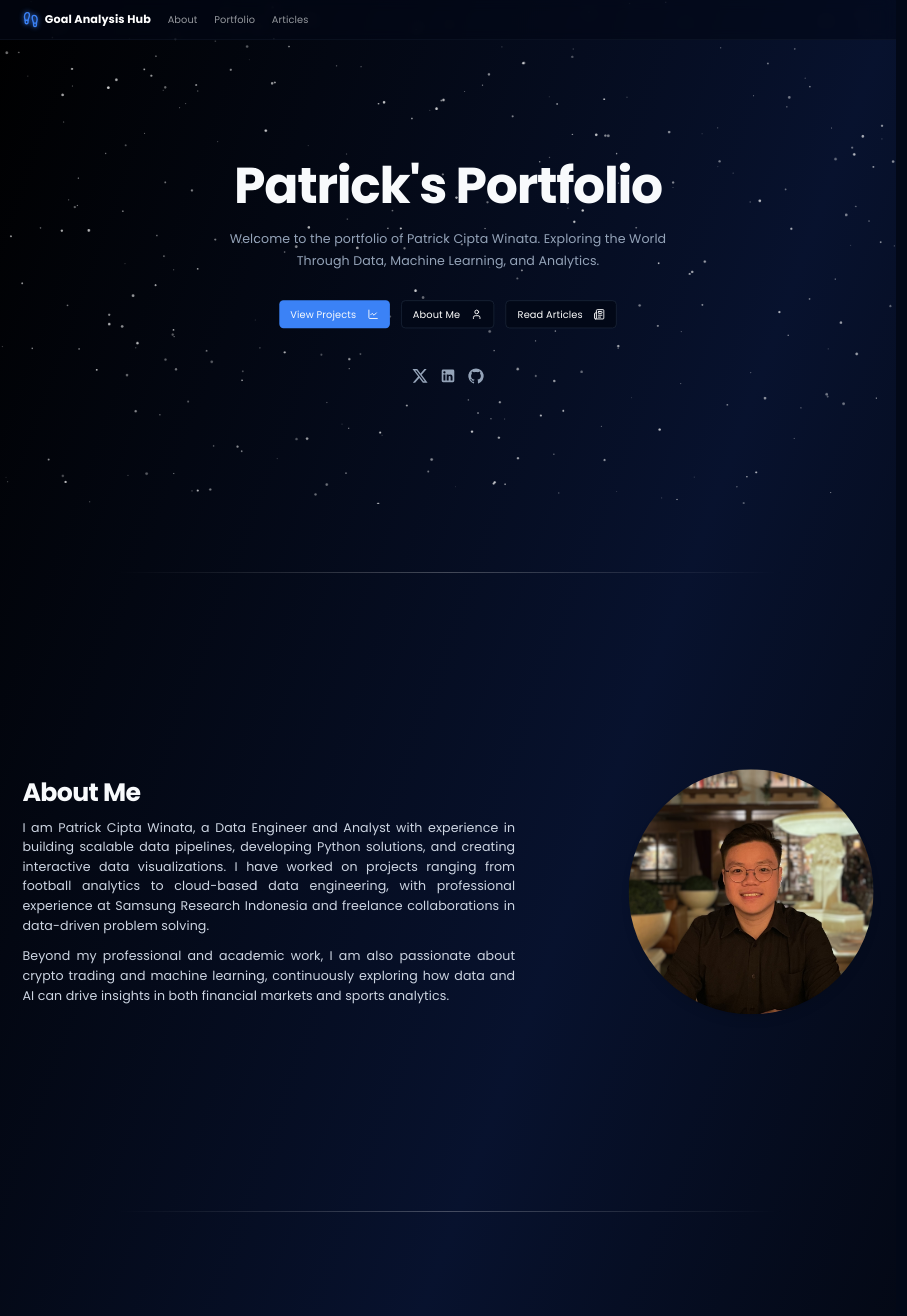
Repository: patrick-cw/my-portfolio
Page: /
An editor plug-in stored every save of this project. The page is shown before and after the next save, followed by the edit.
The browser window is 1280 px wide. The page is 1296 px wide, so the pictures cover 1296 px, including what lies to the right of the window. The pictures show the part of the page from y = 0 to 1880 px (the page is 3545 px tall), at 70% of full size.
The project was rebuilt for these pictures with package versions that can differ from the ones it lists, and the page was loaded fresh each time. The framework's server and built-in components were replaced by stand-ins that run in the browser. Also part of the build but not shown: next.config.ts.

Above is the page before, as saved 2025-08-31 02:08:42.

### src/app/layout.tsx
import type {Metadata} from 'next';
import './globals.css';
import { Toaster } from "@/components/ui/toaster";
import { cn } from '@/lib/utils';
import Particles from '@/components/particles';
import Header from '@/components/header';
import Footer from '@/components/footer';
import ThemeRegistry from '@/components/ThemeRegistry';

export const metadata: Metadata = {
  title: "Patrick's Portfolio",
  description: 'A portfolio showcasing football analytics projects, articles, and more.',
};

export default function RootLayout({
  children,
}: Readonly<{
  children: React.ReactNode;
}>) {
  return (
    <html lang="en" className="dark" style={{scrollBehavior: 'smooth'}}>
      <head>
        <link rel="preconnect" href="https://fonts.googleapis.com" />
        <link rel="preconnect" href="https://fonts.gstatic.com" crossOrigin="anonymous" />
        <link href="https://fonts.googleapis.com/css2?family=Poppins:wght@400;600;700&display=swap" rel="stylesheet" />
      </head>
      <body className={cn("min-h-screen font-body antialiased bg-background")}>
        <ThemeRegistry>
          <div className="relative z-0 flex min-h-screen flex-col bg-gradient-to-br from-black via-blue-900/20 to-black">
            <Particles />
            <Header />
            <main className="flex-1">{children}</main>
            <Footer />
          </div>
          <Toaster />
        </ThemeRegistry>
      </body>
    </html>
  );
}

### src/app/page.tsx
import { Button } from "@/components/ui/button";
import { User, LineChart, Newspaper, ArrowDown } from "lucide-react";
import LinkedInIcon from '@mui/icons-material/LinkedIn';
import XIcon from '@mui/icons-material/X';
import GitHubIcon from '@mui/icons-material/GitHub';
import Image from "next/image";
import Link from "next/link";
import { Carousel, CarouselContent, CarouselItem, CarouselNext, CarouselPrevious } from "@/components/ui/carousel";

function FadingSeparator() {
  return (
    <div className="relative my-24 h-px w-full bg-transparent">
      <div className="absolute left-1/2 top-0 h-px w-3/4 -translate-x-1/2 bg-gradient-to-r from-transparent via-white opacity-25 to-transparent" />
    </div>
  )
}

// About Section Component
function AboutSection() {
  return (
    <section id="about" className="relative min-h-screen flex flex-col justify-center">
      <div className="container">
      <div className="grid grid-cols-1 items-center gap-y-16 lg:grid-cols-2 lg:gap-x-2">
          <div className="lg:col-span-7">
            <div className="max-w-xl">
              <h2 className="text-3xl font-bold tracking-tight text-foreground sm:text-4xl font-headline">About Me</h2>
              <p style={{color: "hsl(215deg 26.4% 84.39%)"}} className="mt-4 text-lg text-muted-foreground text-justify">
                I am Patrick Cipta Winata, a Data Engineer and Analyst with experience in building scalable data pipelines, developing Python solutions, and creating interactive data visualizations. I have worked on projects ranging from football analytics to cloud-based data engineering, with professional experience at Samsung Research Indonesia and freelance collaborations in data-driven problem solving.
              </p>
              <p style={{color: "hsl(215deg 26.4% 84.39%)"}} className="mt-4 text-lg text-muted-foreground text-justify">
                Beyond my professional and academic work, I am also passionate about crypto trading and machine learning, continuously exploring how data and AI can drive insights in both financial markets and sports analytics.
              </p>
            </div>
          </div>
          <div className="flex justify-center lg:col-span-5 lg:col-start-8">
            <Image
              src="/images/face.JPG"
              alt="Patrick Cipta Winata"
              width={350}
              height={350}
              className="rounded-full object-cover shadow-lg transition-all duration-300 hover:scale-105 hover:shadow-primary/20"
              data-ai-hint="portrait man"
            />
          </div>
        </div>
      </div>
    </section>
  );
}

// Portfolio Section Component
function PortfolioSection() {
  const projects = [
    {
      title: "xG-Based Performance Analysis",
      description: "A deep dive into Expected Goals (xG) metrics to evaluate striker efficiency across Europe's top 5 leagues.",
      image: "https://picsum.photos/600/400?random=1",
      tags: ["Data Analysis", "Python", "Tableau"],
      link: "/portfolio/xg-based-performance-analysis",
      imageHint: "soccer chart"
    },
    {
      title: "Defensive Actions Mapping",
      description: "Visualizing defensive actions (tackles, interceptions) to identify team pressing styles and defensive solidity.",
      image: "https://picsum.photos/600/400?random=2",
      tags: ["Data-Viz", "R", "Statistics"],
      link: "/portfolio/defensive-actions-mapping",
      imageHint: "soccer field"
    },
    {
      title: "Passing Network Analysis",
      description: "Analyzing passing networks to understand team shape, key player connections, and ball progression patterns.",
      image: "https://picsum.photos/600/400?random=3",
      tags: ["Network Analysis", "Gephi", "Tableau"],
      link: "/portfolio/passing-network-analysis",
      imageHint: "soccer tactics"
    },
    {
      title: "Player Recruitment Model",
      description: "A data-driven model to identify undervalued players based on performance metrics and market values.",
      image: "https://picsum.photos/600/400?random=4",
      tags: ["Machine Learning", "Python", "Scouting"],
      link: "/portfolio/player-recruitment-model",
      imageHint: "soccer player celebrating"
    },
    {
      title: "Interactive Shot Map Dashboard",
      description: "A web-based dashboard allowing users to explore shot data from various competitions interactively.",
      image: "https://picsum.photos/600/400?random=5",
      tags: ["Web Dev", "React", "D3.js"],
      link: "/portfolio/interactive-shot-map-dashboard",
      imageHint: "soccer dashboard"
    },
    {
      title: "Tactical Formations Analysis",
      description: "A comprehensive study of the 4-3-3 vs 4-4-2 formations, showcasing strengths and weaknesses with data visualization.",
      image: "https://picsum.photos/600/400?random=6",
      tags: ["Tactics", "Data-Viz", "Analysis"],
      link: "/portfolio/tactical-formations-analysis",
      imageHint: "soccer strategy board"
    }
  ];

  return (
    <section id="portfolio" className="relative min-h-screen flex flex-col justify-center">
        <div className="container">
          <div className="mx-auto max-w-3xl text-center">
            <h2 className="text-3xl font-bold tracking-tight text-foreground sm:text-4xl font-headline">My Portfolio</h2>
            <p className="mt-2 text-lg leading-8 text-muted-foreground">
              A selection of projects that showcase my skills in football analytics.
            </p>
          </div>
          <div className="mt-16">
            <Carousel
              opts={{
                align: "start",
                loop: false,
              }}
              className="w-full"
            >
              <CarouselContent>
                {projects.map((project) => (
                  <CarouselItem key={project.title} className="md:basis-1/2 lg:basis-1/3">
                    <div className="p-1 h-full">
                       <div className="group flex flex-col h-full overflow-hidden rounded-lg bg-card-highlight shadow-lg transition-all duration-300 hover:shadow-primary/20 hover:-translate-y-2">
                          <Link href={project.link} className="block shrink-0">
                            <Image
                              className="h-48 w-full object-cover"
                              src={project.image}
                              alt={project.title}
                              width={600}
                              height={400}
                              data-ai-hint={project.imageHint}
                            />
                          </Link>
                          <div className="flex flex-1 flex-col justify-between p-6">
                            <div className="flex-1">
                              <Link href={project.link} className="mt-2 block">
                                <p className="text-xl font-semibold text-foreground group-hover:text-primary transition-colors font-headline">{project.title}</p>
                                <p className="mt-3 text-base text-muted-foreground">{project.description}</p>
                              </Link>
                            </div>
                            <div className="mt-6 flex items-center">
                              <div className="flex space-x-1 text-sm text-muted-foreground">
                                {project.tags.map((tag) => (
                                  <span key={tag} className="inline-flex items-center rounded-full bg-secondary px-3 py-1 text-xs font-medium text-secondary-foreground">
                                    {tag}
                                  </span>
                                ))}
                              </div>
                            </div>
                          </div>
                        </div>
                    </div>
                  </CarouselItem>
                ))}
              </CarouselContent>
              <CarouselPrevious className="ml-12 h-10 w-10" />
              <CarouselNext className="mr-12 h-10 w-10"/>
            </Carousel>
          </div>
        </div>
    </section>
  );
}
// Articles Section Component
function ArticlesSection() {
  const articles = [
      {
        title: "The Evolution of the Modern Full-back",
        date: "July 15, 2024",
        excerpt: "From defensive stalwarts to attacking linchpins, we trace the tactical evolution of the full-back role in the modern game.",
        link: "/articles/evolution-of-the-modern-full-back",
      },
      {
        title: "Set-Piece Analytics: The Hidden Goldmine",
        date: "June 28, 2024",
        excerpt: "An in-depth look at how top-tier teams are using data analytics to gain a significant edge from corners and free-kicks.",
        link: "/articles/set-piece-analytics",
      },
      {
        title: "The Rise of Positional Play",
        date: "May 12, 2024",
        excerpt: "How philosophies popularised by Guardiola and Cruyff have come to dominate European football tactics.",
        link: "/articles/rise-of-positional-play",
      },
      {
        title: "Valuing Defensive Actions",
        date: "April 22, 2024",
        excerpt: "A new model for quantifying the impact of tackles, interceptions, and pressures beyond simple event counting.",
        link: "/articles/valuing-defensive-actions",
      },
      {
        title: "The Impact of High Pressing",
        date: "August 05, 2024",
        excerpt: "Exploring the data behind high-pressing strategies and their correlation with winning major trophies in modern football.",
        link: "/articles/impact-of-high-pressing",
      },
    ];

  return (
      <section id="articles" className="relative min-h-screen flex flex-col justify-center">
          <div className="container">
            <div className="mx-auto max-w-3xl text-center">
              <h2 className="text-3xl font-bold tracking-tight text-foreground sm:text-4xl font-headline">Latest Articles</h2>
              <p className="mt-2 text-lg leading-8 text-muted-foreground">
                My thoughts and findings on the world of football analytics.
              </p>
            </div>
            <div className="mt-16">
               <Carousel
                  opts={{
                    align: "start",
                    loop: false,
                  }}
                  className="w-full max-w-4xl mx-auto"
                >
                <CarouselContent>
                  {articles.map((article) => (
                    <CarouselItem key={article.title} className="md:basis-1/2">
                      <div className="p-1 h-full">
                        <article className="group flex h-full max-w-xl flex-col items-start justify-between rounded-lg bg-card-highlight p-6 transition-all duration-300 hover:bg-card/90 hover:-translate-y-2">
                          <div className="flex items-center gap-x-4 text-xs">
                            <time dateTime={article.date} className="text-muted-foreground">
                              {article.date}
                            </time>
                          </div>
                          <div className="group relative">
                            <h3 className="mt-3 text-lg font-semibold leading-6 text-foreground group-hover:text-primary transition-colors font-headline">
                              <Link href={article.link}>
                                <span className="absolute inset-0" />
                                {article.title}
                              </Link>
                            </h3>
                            <p className="mt-5 line-clamp-3 text-sm leading-6 text-muted-foreground">{article.excerpt}</p>
                          </div>
                        </article>
                      </div>
                    </CarouselItem>
                  ))}
                </CarouselContent>
                 <CarouselPrevious className="-left-12 h-10 w-10" />
                 <CarouselNext className="-right-12 h-10 w-10" />
              </Carousel>
            </div>
          </div>
      </section>
  );
}

export default function Home() {
  return (
    <>
      {/* Hero Section */}
      <section className="container flex min-h-[calc(100vh-3.5rem)] flex-col items-center justify-center text-center">
        <div className="flex-grow flex flex-col items-center justify-center">
          <h1 className="font-headline text-4xl font-bold tracking-tight text-foreground sm:text-6xl md:text-7xl">
          Patrick's Portfolio
          </h1>
          <p className="mt-6 text-lg leading-8 text-muted-foreground max-w-xl mx-auto">
          Welcome to the portfolio of Patrick Cipta Winata. Exploring the World Through Data, Machine Learning, and Analytics.
          </p>
          <div className="mt-10 flex flex-col items-center justify-center gap-y-6">
            <div className="flex items-center justify-center gap-x-4 flex-wrap gap-y-4">
              <Button asChild>
                <Link href="/#portfolio">
                  View Projects <LineChart className="ml-2 h-4 w-4" />
                </Link>
              </Button>
               <Button variant="outline" asChild>
                <Link href="/#about">
                  About Me <User className="ml-2 h-4 w-4" />
                </Link>
              </Button>
              <Button variant="outline" asChild>
                <Link href="/#articles">
                  Read Articles <Newspaper className="ml-2 h-4 w-4" />
                </Link>
              </Button>
            </div>
            <div className="flex items-center gap-4 mt-8">
              <Link href="https://twitter.com" target="_blank" rel="noopener noreferrer" aria-label="Twitter">
                <XIcon className="h-6 w-6 text-muted-foreground transition-colors hover:text-foreground" />
              </Link>
              <Link href="https://linkedin.com" target="_blank" rel="noopener noreferrer" aria-label="LinkedIn">
                <LinkedInIcon className="h-6 w-6 text-muted-foreground transition-colors hover:text-foreground" />
              </Link>
              <Link href="https://github.com" target="_blank" rel="noopener noreferrer" aria-label="GitHub">
                <GitHubIcon className="h-6 w-6 text-muted-foreground transition-colors hover:text-foreground" />
              </Link>
            </div>
          </div>
        </div>
        <div className="absolute bottom-4 left-1/2 -translate-x-1/2 animate-bounce">
          <a href="#about" aria-label="Scroll to about section">
            <ArrowDown className="h-6 w-6 text-muted-foreground" />
          </a>
        </div>
      </section>
      <FadingSeparator />
      <AboutSection />
      <FadingSeparator />
      <PortfolioSection />
      <FadingSeparator />
      <ArticlesSection />
    </>
  );
}

### src/components/ui/toaster.tsx
"use client"

import { useToast } from "@/hooks/use-toast"
import {
  Toast,
  ToastClose,
  ToastDescription,
  ToastProvider,
  ToastTitle,
  ToastViewport,
} from "@/components/ui/toast"

export function Toaster() {
  const { toasts } = useToast()

  return (
    <ToastProvider>
      {toasts.map(function ({ id, title, description, action, ...props }) {
        return (
          <Toast key={id} {...props}>
            <div className="grid gap-1">
              {title && <ToastTitle>{title}</ToastTitle>}
              {description && (
                <ToastDescription>{description}</ToastDescription>
              )}
            </div>
            {action}
            <ToastClose />
          </Toast>
        )
      })}
      <ToastViewport />
    </ToastProvider>
  )
}

### src/components/header.tsx
import Link from "next/link";
import { Footprints } from "lucide-react";

export default function Header() {
  return (
    <header className="sticky top-0 z-50 w-full border-b border-border/40 bg-background/95 backdrop-blur supports-[backdrop-filter]:bg-background/60">
      <div className="container flex h-14 max-w-screen-2xl items-center">
        <Link href="/" className="mr-6 flex items-center space-x-2">
          <Footprints className="h-6 w-6 text-primary" style={{filter: 'drop-shadow(0 0 4px hsl(var(--primary)))'}}/>
          <span className="font-bold sm:inline-block font-headline">Goal Analysis Hub</span>
        </Link>
        <nav className="flex items-center gap-4 text-sm lg:gap-6">
          <Link href="/#about" className="text-foreground/60 transition-colors hover:text-foreground/80">
            About
          </Link>
          <Link href="/#portfolio" className="text-foreground/60 transition-colors hover:text-foreground/80">
            Portfolio
          </Link>
          <Link href="/#articles" className="text-foreground/60 transition-colors hover:text-foreground/80">
            Articles
          </Link>
        </nav>
      </div>
    </header>
  );
}

### src/components/footer.tsx
export default function Footer() {
    return (
      <footer className="border-t border-border/40 py-6 md:py-8">
        <div className="container flex flex-col items-center justify-between gap-4 md:flex-row">
          <p className="text-sm text-muted-foreground">
            © {new Date().getFullYear()} Patrick Cipta Winata. All rights reserved.
          </p>
        </div>
      </footer>
    );
  }

### src/components/ThemeRegistry.tsx
'use client';
import createCache from '@emotion/cache';
import { useServerInsertedHTML } from 'next/navigation';
import { CacheProvider } from '@emotion/react';
import { ThemeProvider } from '@mui/material/styles';
import CssBaseline from '@mui/material/CssBaseline';
import { createTheme } from '@mui/material/styles';
import React from 'react';

const theme = createTheme({
  palette: {
    mode: 'dark',
  },
});

// This implementation is from emotion-js
// https://github.com/emotion-js/emotion/issues/2928#issuecomment-1319747902
export default function ThemeRegistry(props: { children: React.ReactNode }) {
  const { children } = props;

  const [{ cache, flush }] = React.useState(() => {
    const cache = createCache({ key: 'mui-style' });
    cache.compat = true;
    const prevInsert = cache.insert;
    let inserted: string[] = [];
    cache.insert = (...args) => {
      const serialized = args[1];
      if (cache.inserted[serialized.name] === undefined) {
        inserted.push(serialized.name);
      }
      return prevInsert(...args);
    };
    const flush = () => {
      const prevInserted = inserted;
      inserted = [];
      return prevInserted;
    };
    return { cache, flush };
  });

  useServerInsertedHTML(() => {
    const names = flush();
    if (names.length === 0) {
      return null;
    }
    let styles = '';
    for (const name of names) {
      styles += cache.inserted[name];
    }
    return (
      <style
        key={cache.key}
        data-emotion={`${cache.key} ${names.join(' ')}`}
        dangerouslySetInnerHTML={{
          __html: styles,
        }}
      />
    );
  });

  return (
    <CacheProvider value={cache}>
      <ThemeProvider theme={theme}>
        <CssBaseline />
        {children}
      </ThemeProvider>
    </CacheProvider>
  );
}

Loaded but not shown: src/lib/utils.ts (common file); src/hooks/use-toast.ts (common file); src/components/ui/carousel.tsx (262 lines, source omitted); src/components/ui/toast.tsx (129 lines, source omitted); src/components/particles.tsx (147 lines, source omitted); tailwind.config.ts (110 lines, source omitted); src/app/globals.css (86 lines, source omitted); src/components/ui/button.tsx (56 lines, source omitted)

After the next save:
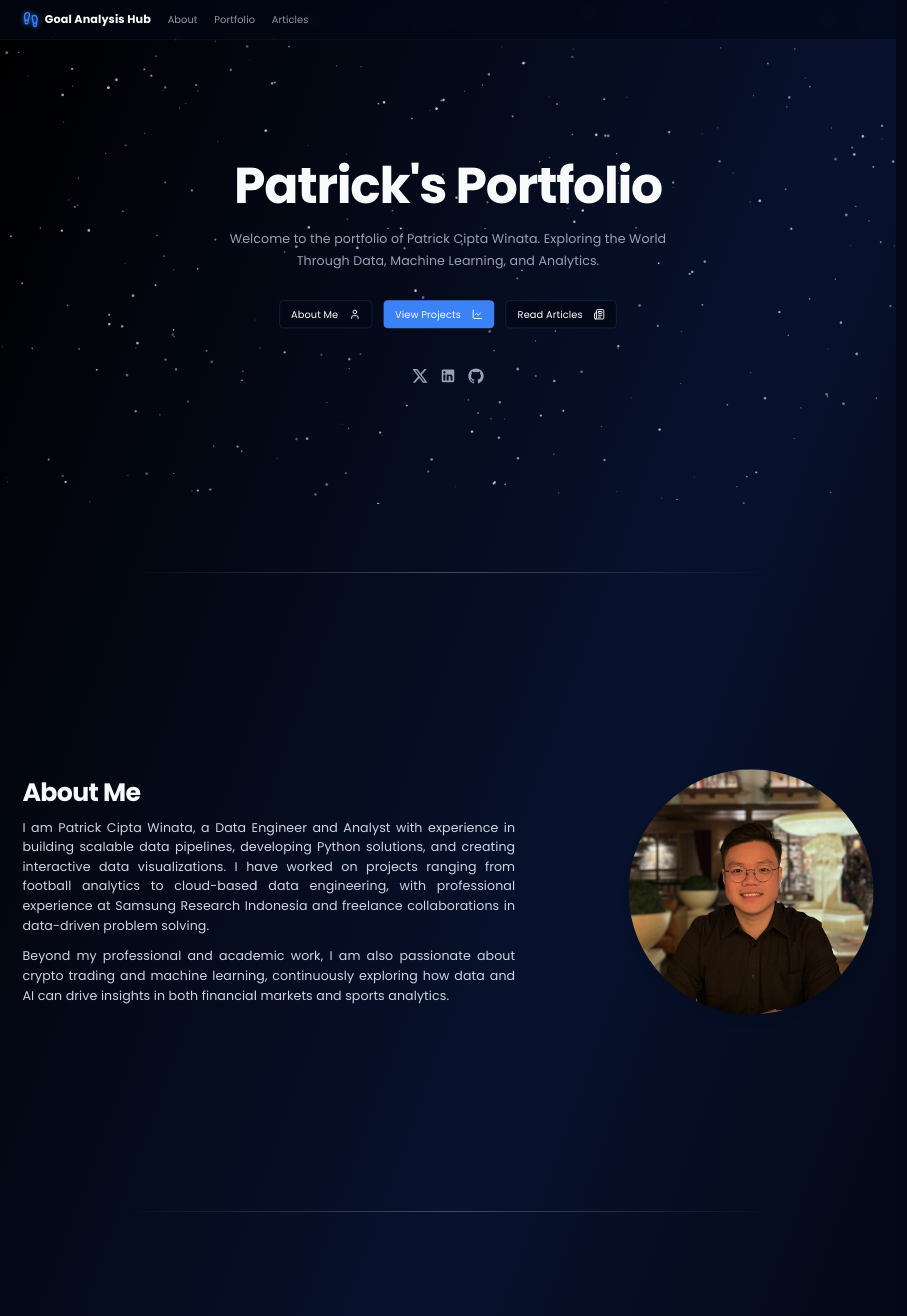
Saved 18 s later.
--- a/src/app/page.tsx
+++ b/src/app/page.tsx
@@ -262,14 +262,14 @@ export default function Home() {
           </p>
           <div className="mt-10 flex flex-col items-center justify-center gap-y-6">
             <div className="flex items-center justify-center gap-x-4 flex-wrap gap-y-4">
+               <Button variant="outline" asChild>
+                <Link href="/#about">
+                  About Me <User className="ml-2 h-4 w-4" />
+                </Link>
+              </Button>
               <Button asChild>
                 <Link href="/#portfolio">
                   View Projects <LineChart className="ml-2 h-4 w-4" />
-                </Link>
-              </Button>
-               <Button variant="outline" asChild>
-                <Link href="/#about">
-                  About Me <User className="ml-2 h-4 w-4" />
                 </Link>
               </Button>
               <Button variant="outline" asChild>
